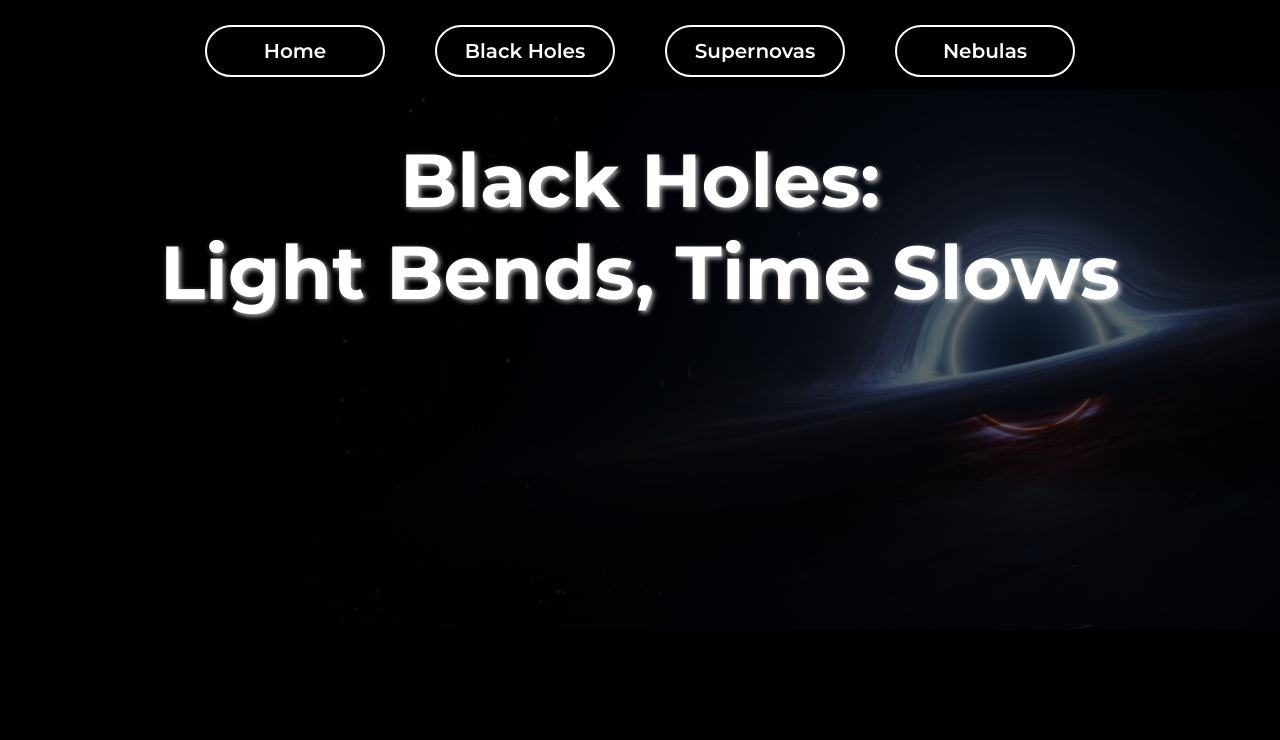
Repository: english-only/Space-Website
Page: black_hole.html
These files come from the project's save history. The page is drawn as it stood at one moment and after the next save; the edit follows.
The browser window is 1280 px wide. The pictures show the whole page.
The pointer rests on the first visible `.page-2-hero`.
Backgrounds fixed to the window are drawn as part of the page.

Above is the page before, as saved 2024-12-16 09:40:50.

### black_hole.html
<!DOCTYPE html>
<html lang="en">
  <head>
    <meta charset="utf-8" />
    <meta http-equiv="X-UA-Compatible" content="IE=edge" />
    <title>Welcome to Space</title>
    <meta name="viewport" content="width=device-width, initial-scale=1" />
    <link rel="stylesheet" type="text/css" media="screen" href="main.css" />
  </head>
  <body>
    <div class="background-2 fade-in"></div>
    <div class="wrapper fade-in">
      <nav class="navbar fade-in">
        <a href="index.html"
          ><button class="nav-button fade-in">Home</button></a
        >
        <a href="black_hole.html"
          ><button class="nav-button fade-in">Black Holes</button></a
        >
        <a href="supernovas.html"
          ><button class="nav-button fade-in">Supernovas</button></a
        >
        <a href="nebulas.html"
          ><button class="nav-button fade-in">Nebulas</button></a
        >
      </nav>
      <div class="page-2-hero fade-in">
        <h2>Black Holes:<br />Light Bends, Time Slows</h2>
      </div>
    </div>
  </body>
</html>

### main.css
@import url('https://fonts.googleapis.com/css2?family=Montserrat:ital,wght@0,100..900;1,100..900&display=swap');
@keyframes fadeIn {
  from {
    opacity: 0;
  }
  to {
    opacity: 1;
  }
}

/* Fade-in class to be used on elements */
.fade-in {
  opacity: 0; /* Start invisible */
  animation: fadeIn 1s ease-in forwards; /* Apply fade-in animation */
}
body,
html {
  /* Ensure the body and html take full height */
  height: 100%;
  margin: 0;
  font-family: 'Montserrat';
  font-weight: 400;
  color: white;
}

body {
  /* Set a fallback background color */
  background-color: black;
}

.background {
  background-attachment: fixed;
  background-image: url('essay-gettyimages-1237093074.webp');
  background-size: cover;
  background-position: center;
  background-repeat: no-repeat;
  position: fixed; /* Keep background fixed while scrolling */
  height: 100vh;
  width: 100%;
  filter: brightness(25%);
  top: 0;
  left: 0;
  z-index: -10;
}

.wrapper {
  display: flex;
  flex-direction: column;
  justify-content: flex-start; /* Align items to the top */
  align-items: center; /* Center items horizontally */
  height: 100vh;
  position: relative;
  padding-top: 20px;
  opacity: 0; /* Start invisible */
  animation: fadeIn 0.5s ease-in forwards; /* Apply fade-in animation */
}

.navbar {
  display: flex;
  gap: 50px;
  margin-top: 5px; /* Adjust as needed for spacing from the top */
}

.nav-button {
  padding: 12px 20px;
  border: 2px solid white;
  background-color: rgba(0, 0, 0, 0.5);
  color: white;
  font-size: 16px;
  cursor: pointer;
  transition: background-color 0.3s, color 0.3s;
  font-family: 'Red Hat Display';
  font-weight: 600;
  font-size: 20px;
  width: 180px;
  border-radius: 800px;
  font-family: Montserrat;
}

.nav-button:hover {
  background-color: white;
  color: black;
}

.hero-text {
  color: white;
  font-size: 50px;
  font-weight: 700;
  text-align: center;
  padding: 0; /* Remove padding to minimize hover area */
  display: inline-block; /* Restrict hover area to text content */
  transition: text-shadow 0.3s ease-in-out, transform 0.3s ease-in-out; /* Smooth transition */
}

.hero-text:hover {
  text-shadow: 2px 2px 5px rgba(255, 255, 255, 0.7); /* White shadow */
  transform: translateY(-5px); /* Raised effect */
}

@keyframes fadeInOut {
  0% {
    opacity: 0.5;
  }
  50% {
    opacity: 1;
  }
  100% {
    opacity: 0.5;
  }
}

.card-wrapper {
  display: flex;
  flex-direction: column; /* Stack cards vertically */
  align-items: center; /* Center cards horizontally */
  margin-top: 50px; /* Adjusts space from the top */
}

.row {
  display: flex;
  gap: 650px; /* Space between the cards */
  justify-content: center; /* Center the row */
  align-items: flex-start; /* Align cards to the top */
}

.black_hole {
  margin-left: -100px; /* Move the Black Holes card to the left */
  width: 500px;
}

.black_hole a {
  margin-left: 110px;
}

.cards {
  font-size: 25px;
  color: white;
  margin-left: 20px; /* Adds space to the left */
  box-sizing: border-box;
  position: relative;
  top: -450px; /* Moves the element upwards */
  margin-left: -20px;
  text-align: center;
}

.cards a {
  color: white;
  text-decoration: none;
  border: white 2px solid;
  display: inline-block;
  text-align: center;
  box-sizing: border-box;
  padding: 6px 20px;
  line-height: normal;
  transition: text-shadow 0.3s ease-in-out, transform 0.3s ease-in-out,
    background-color 0.3s ease-in-out, color 0.3s ease-in-out;
  border-radius: 600px;
}

.cards a:hover {
  text-shadow: 2px 2px 5px rgba(255, 255, 255, 0.7);
  transform: translateY(-5px);
  background-color: rgb(223, 223, 223);
  color: black;
}

.cards a h3 {
  margin: 0;
  padding: 0;
}

.cards p {
  margin-top: 15px;
  width: 600px; /* Adjust width to fit within card */
}

.cards p:hover {
  text-shadow: 2px 2px 5px rgba(255, 255, 255, 0.6);
  transform: translateY(-5px);
  transition: text-shadow 0.3s ease-in-out, transform 0.3s ease-in-out;
}

.nebula-card {
  margin-top: 100px;
}

.nebula-card a {
  justify-content: center;
  align-items: center;
  margin-left: 40px;
}

.nebula-card p {
  text-align: left;
  text-wrap: pretty;
  text-align: left; /* Align text to the left */
  width: 100%; /* Ensure the card takes the full width */
  margin-left: 100px;
  margin-right: 200px;
  max-width: 1750px;
  text-align: center; /* Align text to the center */
}

.videos {
  margin-top: -190px; /* Adjust the space below the Nebula card */
  text-align: center;
  width: 100%; /* Ensure it takes the full width */
  text-decoration: underline;
}

.videos h2 {
  position: relative; /* Ensure the text is positioned in normal flow */
  z-index: 1; /* Make sure it's above other content */
  pointer-events: auto; /* Allow text selection */
  overflow: visible; /* Ensure text is not clipped */
}

.video-links {
  display: grid;
  grid-template-columns: repeat(3, 400px); /* 3 columns, each 400px wide */
  grid-template-rows: repeat(2, 400px); /* 3 rows, each 400px tall */
  gap: 100px; /* Space between grid items */
  justify-content: center; /* Center the grid horizontally within the container */
  align-items: center; /* Center the grid items vertically */
  margin-top: -120px; /* Space above the grid (adjust this to decrease the gap) */
  margin-left: 160px;
}

.button-container {
  display: contents; /* Ensure buttons are placed directly in the grid */
}

.button-container a {
  display: block; /* Ensure buttons occupy full width of their grid cell */
  width: 200px; /* Full width of the grid cell */
  text-align: center;
  color: white;
  font-size: 20px;
  text-decoration: none; /* Remove underline */
  border: 2px solid white;
  padding: 8px 12px;
  border-radius: 600px;
  height: 30px;
  transition: background-color 0.3s, color 0.3s;
  margin-bottom: 10px; /* Decrease the space between the buttons and the text below */
}

.button-container a:hover {
  background-color: white;
  color: black;
  text-decoration: underline;
  font-weight: 500;
}

.images {
  display: contents; /* Ensure images are placed directly in the grid */
}

.black-hole-image,
.supernova-image,
.nebula-image {
  width: 100%; /* Full width of the grid cell */
  border: 2px solid white;
  border-radius: 20px;
  margin-top: -630px; /* Decrease the space between the images and the buttons above */
  margin-left: -10px;
}

.black-hole-image {
  width: 100%; /* Full width of the grid cell */
  border: 2px solid white;
  border-radius: 20px;
  margin-top: -630px; /* Decrease the space between the images and the buttons above */
  margin-left: -95px;
}

.supernova-image {
  width: 100%; /* Full width of the grid cell */
  border: 2px solid white;
  border-radius: 20px;
  margin-top: -630px; /* Decrease the space between the images and the buttons above */
  margin-left: -95px;
}

.nebula-image {
  height: 270px;
  width: auto;
  border: 2px solid white;
  border-radius: 20px;
  margin-top: -630px; /* Decrease the space between the images and the buttons above */
  margin-left: -125px;
}

/* page 2 from below */
.background-2 {
  background-attachment: fixed;
  background-image: url('thumb-1920-1346075.png');
  background-size: contain;
  background-position: 300px;
  background-repeat: no-repeat;
  position: fixed; /* Keep background fixed while scrolling */
  height: 100vh;
  width: 100%;
  filter: brightness(40%);
  z-index: -1; /* Place the background behind other content */
}

.page-2-hero {
  color: white;
  font-size: 50px;
  font-weight: 700;
  text-align: center;
  padding: 0; /* Remove padding to minimize hover area */
  display: inline-block; /* Restrict hover area to text content */
  transition: text-shadow 0.3s ease-in-out, transform 0.3s ease-in-out; /* Smooth transition */
}

.page-2-hero:hover {
  text-shadow: 2px 2px 5px rgba(255, 255, 255, 0.7); /* White shadow */
  transform: translateY(-5px); /* Raised effect */
}
@keyframes fadeIn {
  from {
    opacity: 0;
  }
  to {
    opacity: 1;
  }
}

After the next save:
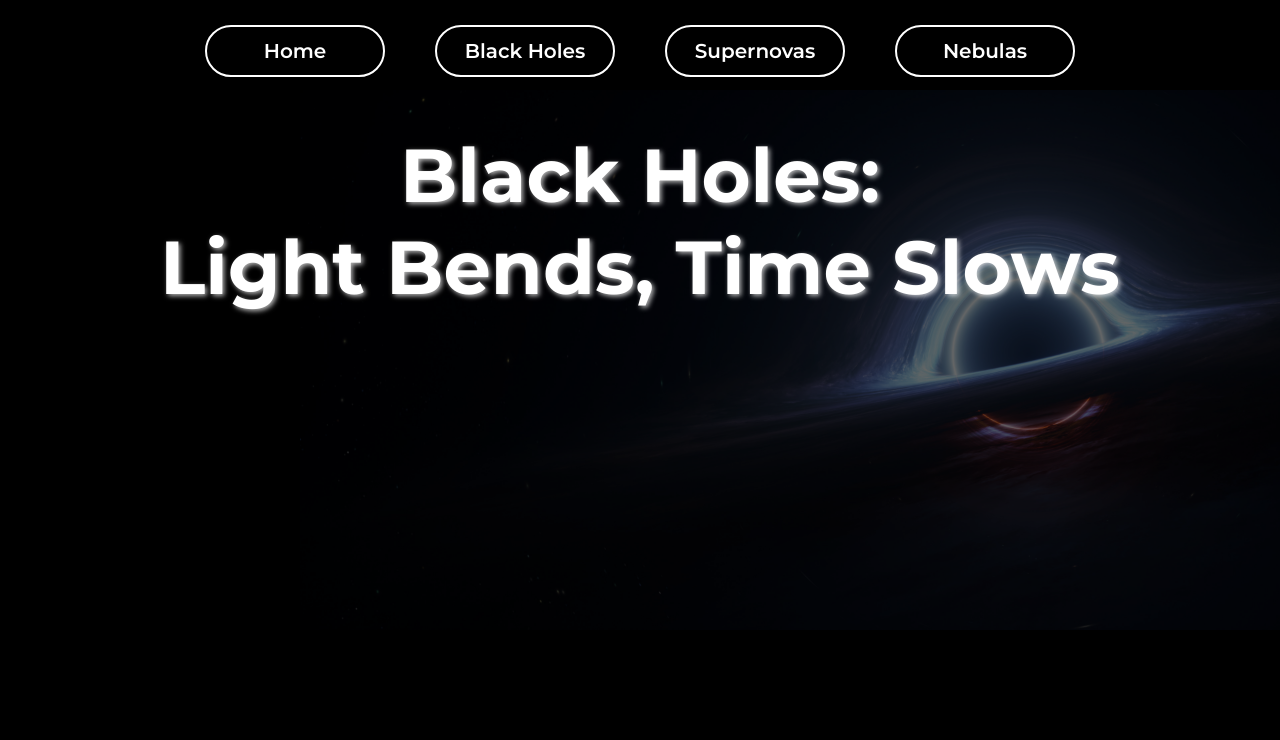
Saved 10 s later.
--- a/main.css
+++ b/main.css
@@ -317,7 +317,7 @@ body {
 
 .page-2-hero:hover {
   text-shadow: 2px 2px 5px rgba(255, 255, 255, 0.7); /* White shadow */
-  transform: translateY(-5px); /* Raised effect */
+  transform: translateY(-10px); /* Raised effect */
 }
 @keyframes fadeIn {
   from {
